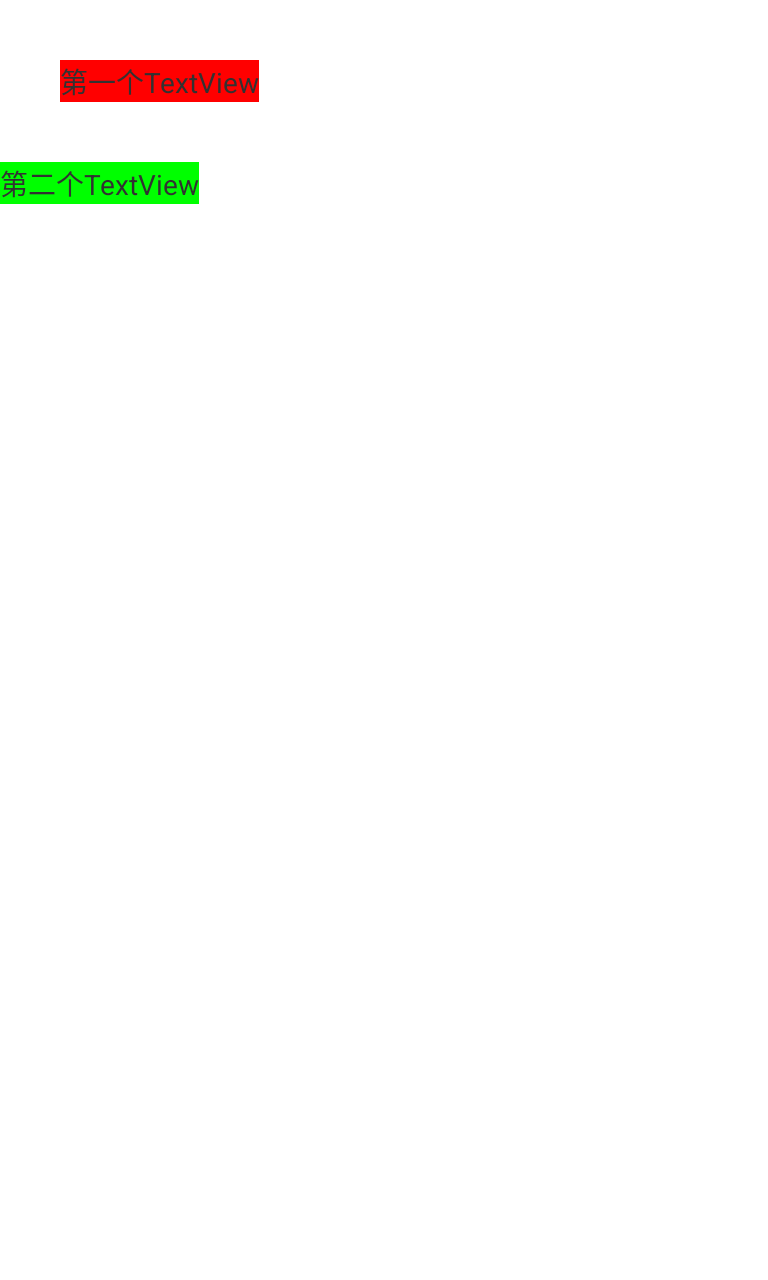
Repository: mrhanliang/Android_4.2
Layout: S01_E07_Layout/res/layout/first_layout.xml
These files come from the project's save history. The layout is drawn as it stood at one moment and after the next save; the edit follows.
It is drawn on a 768 x 1280 px phone screen (xhdpi) without system bars, with theme AppTheme; the app's code is not run.

Above is the layout before, as saved 2015-11-29 15:22:25.

### S01_E07_Layout/res/layout/first_layout.xml
<?xml version="1.0" encoding="utf-8"?>
<LinearLayout xmlns:android="http://schemas.android.com/apk/res/android"
    android:layout_width="match_parent"
    android:layout_height="match_parent"
    android:orientation="vertical" >
    <TextView
        android:layout_height="wrap_content"
        android:layout_width="wrap_content"
        android:background="#FF0000"
        android:layout_margin="30dp"
        android:text="第一个TextView"/>

    <TextView
        android:layout_height="wrap_content"
        android:layout_width="wrap_content"
        android:background="#00FF00"
        android:layout_margin="0dp"
        android:text="第二个TextView"/>

</LinearLayout>

Loaded but not shown: S01_E07_Layout/res/values/styles.xml (common file); S01_E07_Layout/res/values-v11/styles.xml (common file); S01_E07_Layout/res/values-v14/styles.xml (common file)

After the next save:
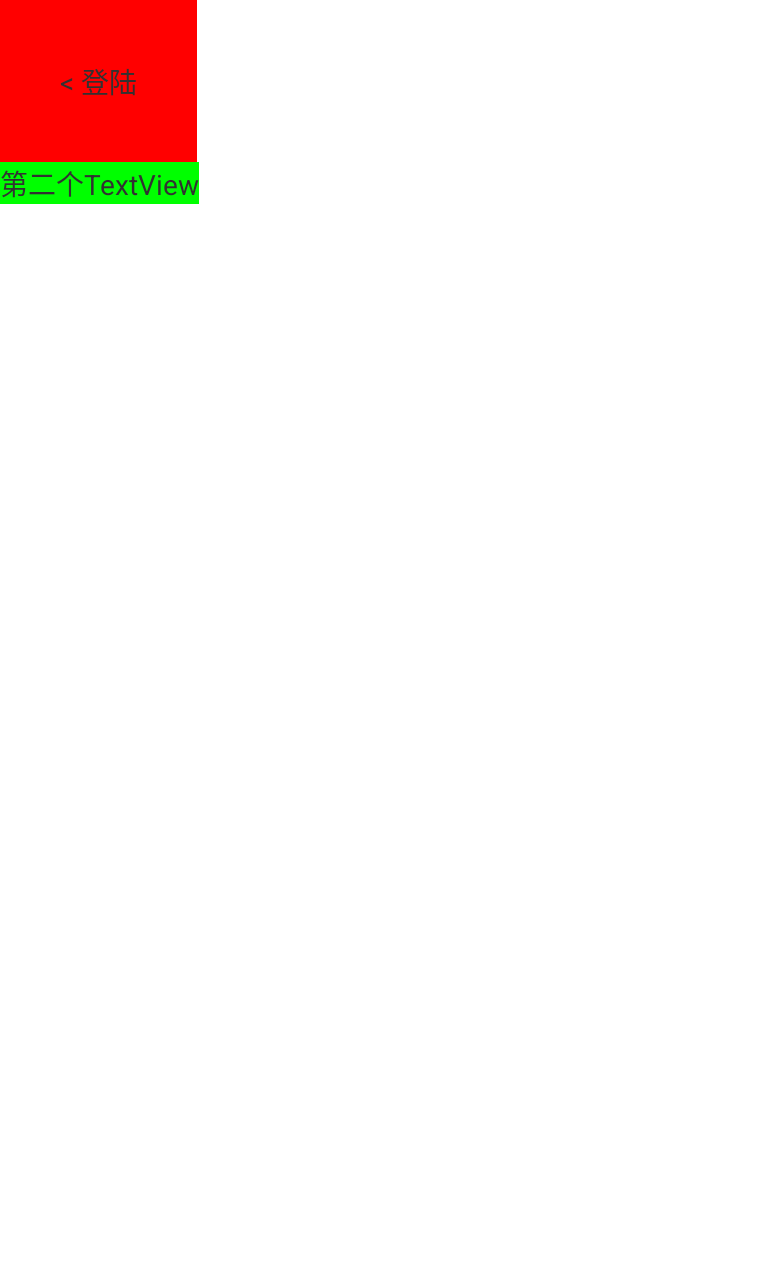
Saved 66 s later.
--- a/S01_E07_Layout/res/layout/first_layout.xml
+++ b/S01_E07_Layout/res/layout/first_layout.xml
@@ -7,8 +7,8 @@
         android:layout_height="wrap_content"
         android:layout_width="wrap_content"
         android:background="#FF0000"
-        android:layout_margin="30dp"
-        android:text="第一个TextView"/>
+        android:padding="30dp"
+        android:text="< 登陆"/>
 
     <TextView
         android:layout_height="wrap_content"
